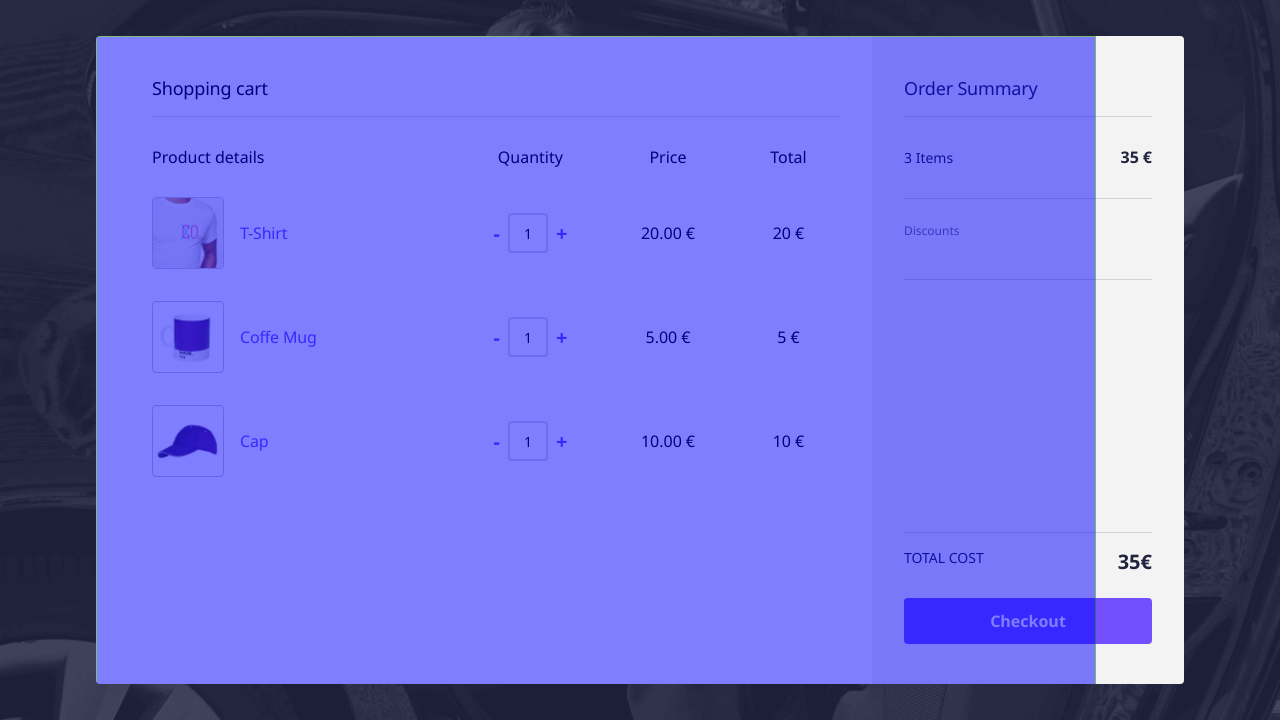
Repository: banchiec/challengecbfy
Page: /
An editor plug-in stored every save of this project. The page is shown before and after the next save, followed by the edit.
The browser window is 1280 px wide. The pictures show the whole page.
Some web fonts or font styles are not loaded; a fallback is used. The project was rebuilt for these pictures with package versions that can differ from the ones it lists, and the page was loaded fresh each time. Also part of the build but not shown: craco.config.js.

Above is the page before, as saved 2021-12-11 01:20:53.

### src/index.js
import './index.css';
import App from './App';
import Checkout from './helpers/checkout'
// here a service should be called to obtain the api data
import { products } from './data/data'

import discounts from './helpers/discounts';

const purchase = new Checkout(products, discounts)
purchase.init()
App(purchase)

### src/index.css
@tailwind base;
@tailwind components;
@tailwind utilities;

body {
  margin: 0;
  font-family: -apple-system, BlinkMacSystemFont, 'Segoe UI', 'Roboto', 'Oxygen',
    'Ubuntu', 'Cantarell', 'Fira Sans', 'Droid Sans', 'Helvetica Neue',
    sans-serif;
  -webkit-font-smoothing: antialiased;
  -moz-osx-font-smoothing: grayscale;
}

code {
  font-family: source-code-pro, Menlo, Monaco, Consolas, 'Courier New',
    monospace;
}

@font-face {
  font-family: 'Avenir';
  src:local('Avenir'), url(./assets/fonts/Avenir-Black.woff) format('woff');
}

### src/App.js
import { render } from 'react-dom';
import Main from './components/main/Main'
import './App.css';

function App(purchase) {
  render(<Main purchase={purchase} />, document.getElementById('root'))
}

export default App;

### src/helpers/checkout.js
export default class Checkout {
    constructor(price, discounts = []) {
        this.price = price.reduce((acc, good) => ({ ...acc, [good.code]: good }), {})
        this.discounts = discounts
        this.cartItems = []
    }
    init() {
        this.scan('TSHIRT')
        this.scan('MUG')
        this.scan('CAP')
    }
    scan(code, argument = 1) {
        const currentCartItem = this.cartItems.find((item) => item.code === code);
        if (currentCartItem) {
            switch (argument) {
                case 1:
                    currentCartItem.count += 1;
                    break;
                case -1:
                    currentCartItem.count -= 1;
                    if (currentCartItem.count === 0) {
                        this.cartItems = this.cartItems.filter((item) => item.code !== code);
                    }
                    break;
                default:
                    currentCartItem.count = argument;
                    break;
            }
            return this;
        }
        const currentPriceItem = this.price[code];
        // console.log(this.price)
        if (currentPriceItem) {
            switch (argument) {
                case 1:
                    this.cartItems.push({ ...currentPriceItem, count: 1 });
                    break;
                case -1:
                    break;
                default:
                    this.cartItems.push({ ...currentPriceItem, count: argument });
            }
            return this;
        }
        return new Error(`product with code ${code} has not been found`);


    }
    get actualDiscounts() {
        return this.discounts.reduce(
            (acc, discount) => {
                const res = discount.check(this.items);
                if (res) return [...acc, res];
                return acc;
            }, [],
        );
    }
    get items() {
        return this.cartItems
    }

    get totalDiscount() {
        return this.actualDiscounts.reduce((acc, { discountAmount }) => acc + discountAmount, 0);
    }
    cost(code) {
        const currentCartItem = this.cartItems.find((item) => item.code === code);
        if (currentCartItem) {
            return currentCartItem.count * currentCartItem.price;
        }
        return null;
    }

    preCalc() {
        return ({
            countItems: this.cartItems.reduce((acc, item) => acc + item.count, 0),
            summaryCost: this.cartItems.reduce((acc, item) => acc + (item.count * item.price), 0),
            actualDiscounts: this.actualDiscounts,
        });
    }

    // method total will return total cost as number
    total() {
        return this.cartItems.reduce(
            (acc, item) => acc + (item.count * item.price),
            0,
        ) - this.totalDiscount;
    }
}

### src/data/data.js
import shirt from '../assets/images/shirt.png'
import mug from '../assets/images/mug.png'
import cap from '../assets/images/cap.png'
export const products = [
    {
        id: '1',
        code: 'TSHIRT',
        name: 'T-Shirt',
        price: '20.00',
        image: shirt
    },
    {
        id: '3',
        code: 'MUG',
        name: 'Coffe Mug',
        price: '5.00',
        image: mug

    },
    {
        id: '4',
        code: 'CAP',
        name: 'Cap',
        price: '10.00',
        image: cap

    }
]

### src/helpers/discounts.js
const discounts = [
    {
        name: '2-for-1-Mug',
        check: (products) => {
            const currentProduct = products.find((product) => product.code === 'MUG')
            if (currentProduct && currentProduct.count > 1) {
                return ({
                    name: '2x1 Mug offer',
                    discountAmount: Math.trunc(currentProduct.count / 2) * currentProduct.price
                })
            }
            return null
        }
    },
    {
        name: 'bulk-discount-shirt',
        check: (products) => {
            const currentProduct = products.find((product) => product.code === 'TSHIRT')
            if (currentProduct && currentProduct.count >= 3) {
                return ({
                    name: 'x3-Shirt-offer',
                    discountAmount: (currentProduct.price / 100) * 5 * currentProduct.count
                })
            }
            return null
        }
    }
]

export default discounts

### src/components/main/Main.js
import { useState } from "react"
import OrderSummery from "../OrderSummery/OrderSummery"
import { ShoppingCart } from "../shoppingCart/ShoppingCart"

export default function Main(props) {
    const { purchase } = props
    const [items, setItems] = useState(purchase.items)

    const initStateSum = purchase.preCalc()
    const initTotalCost = purchase.total()

    const [summary, setSummary] = useState({
        ...initStateSum,
        totalCost: initTotalCost
    })

    const scan = (code) => (op) => (e) => {
        switch (op) {
            case 'dec':
                purchase.scan(code, -1);
                break;
            case 'set':
                purchase.scan(code, Number(e.target.value));
                console.log(e.target.value)
                break;
            case 'inc':
                purchase.scan(code, 1);
                break;
            default:
                // unknown operation
                break;
        }
        // set new cart items list for react
        setItems([...purchase.items]);
        const newSums = purchase.preCalc();
        const newTotalCost = purchase.total();
        setSummary({
            ...newSums,
            totalCost: newTotalCost,
        });

    }
    const cost = (code) => purchase.cost(code)

    return (
        <main className="App">
            <ShoppingCart items={items} scan={scan} cost={cost} />
            <OrderSummery summary={summary} />
        </main>
    )
}

### src/App.css
* {
  box-sizing: border-box;
  outline: none;
}

html,
body,
div,
span,
applet,
object,
iframe,
h1,
h2,
h3,
h4,
h5,
h6,
p,
blockquote,
pre,
a,
abbr,
acronym,
address,
big,
button,
cite,
code,
del,
dfn,
em,
img,
ins,
kbd,
q,
s,
samp,
small,
strike,
strong,
sub,
sup,
tt,
var,
b,
u,
i,
center,
dl,
dt,
dd,
ol,
ul,
li,
fieldset,
form,
label,
legend,
table,
caption,
tbody,
tfoot,
thead,
tr,
th,
td,
article,
aside,
canvas,
details,
embed,
figure,
figcaption,
footer,
header,
hgroup,
menu,
nav,
output,
ruby,
section,
summary,
time,
mark,
audio,
video {
  margin: 0;
  padding: 0;
  border: 0;
  vertical-align: baseline;
  font: 100%;
}

/* HTML5 display-role reset for older browsers */
article,
aside,
details,
figcaption,
figure,
footer,
header,
hgroup,
menu,
nav,
section {
  display: block;
}

body {
  -webkit-font-smoothing: antialiased;
  -moz-osx-font-smoothing: grayscale;
  line-height: 1;
}

ol,
ul {
  list-style: none;
}

blockquote,
q {
  quotes: none;
}

a {
  cursor: pointer;
}

blockquote:before,
blockquote:after,
q:before,
q:after {
  content: none;
}

table {
  border-spacing: 0;
  border-collapse: collapse;
}

a {
  text-decoration: none;
}

input:not([type="checkbox"]):not([type="radio"]),
textarea {
  appearance: none;
}

input[type="number"]::-webkit-outer-spin-button,
input[type="number"]::-webkit-inner-spin-button {
  margin: 0;
  appearance: none;
}

input[type="number"] {
  appearance: textfield;
}

input::-ms-clear {
  display: none;
}

select::-ms-expand {
  display: none;
}

textarea {
  overflow: auto;
  vertical-align: top;
}

input::placeholder {
  opacity: 1;
}

h1.main {
  padding-bottom: 16px;
  border-bottom: 1px solid rgba(33, 34, 64, 0.16);
}

.wrapper.border,
.wrapper-half.border {
  border-bottom: 1px solid rgba(33, 34, 64, 0.16);
}

h2,
.products-list li.products-list-title {
  color: #a6a7b3;
  letter-spacing: 1px;
  font-size: 10px;
  line-height: 16px;
}

h2,
.product-code {
  font-size: 12px;
  line-height: 16px;
}

.product-quantity,
.summary input,
.summary ul li,
.summary-total-cost {
  font-size: 14px;
  line-height: 17px;
}

.product h1 {
  font-size: 16px;
  line-height: 24px;
}

.products button.count,
.summary-total-price {
  font-size: 20px;
  line-height: 25px;
}

h2 {
  color: #717285;
  letter-spacing: 0;
  font-weight: 300;
}

h2 + * {
  margin-top: 16px;
}

body {
  margin: 0;
  padding: 0;
  height: 100vh;
  background-image: url("./assets/images/background.png");
  background-color: #212240;
  background-position: top left;
  background-size: cover;
  font-family: Avenir, "Avenir Next", "Segoe UI", sans-serif;
  font-weight: regular;
}

.App {
  position: fixed;
  top: 50%;
  left: 50%;
  display: flex;
  overflow-x: hidden;
  overflow-y: auto;
  max-width: 1088px;
  max-height: 648px;
  width: calc(100% - 64px);
  height: calc(100% - 64px);
  border-radius: 4px;
  background-color: #ffffff;
  transform: translate(-50%, -50%);
}

h1 {
  position: relative;
  letter-spacing: -0.18px;
  font-size: 18px;
  line-height: 24px;
}

.wrapper {
  padding: 32px 0;
}

.wrapper-half {
  padding: 24px 0;
}

.tableHead {
  padding: 32px 0;
}

.row {
  position: relative;
  display: flex;
  flex-flow: row nowrap;
  justify-content: space-between;
}

.row + .row {
  margin-top: 32px;
}

[class*="col-"] {
  display: flex;
  align-items: center;
}

[class*="col-"]:nth-child(n + 2) {
  justify-content: center;
}

.col-product {
  width: 45%;
}

.col-quantity {
  width: 20%;
}

.col-price {
  width: 20%;
}

.col-total {
  width: 15%;
}

input {
  width: 100%;
  height: 48px;
  border-radius: 4px;
}

.currency {
  margin-left: 4px;
}

.products {
  padding: 40px 32px 40px 56px;
}

.products button.count {
  padding: 0 8px;
  height: 40px;
  border: none;
  background: transparent;
  color: #7350ff;
  font-weight: bold;
  cursor: pointer;
}

.products {
  flex: 1;
}

.products-list {
  position: relative;
  width: 100%;
}

.product-image {
  display: flex;
  align-items: center;
  flex-flow: row nowrap;
}

.product-image img {
  margin-right: 16px;
  width: 72px;
  height: 72px;
  border: 1px solid #cacad1;
  border-radius: 4px;
}

.product-code {
  border-radius: 4px;
  color: #a6a7b3;
  letter-spacing: 0.13px;
  font-weight: 400;
}

.product-quantity {
  width: 40px;
  height: 40px;
  border: 2px solid #dbdbe0;
  border-radius: 4px;
  text-align: center;
}

.product-price {
  color: #000000;
  font-size: 16px;
}

.product .clear {
  border: none;
  background: transparent;
}

.product .clear span {
  position: relative;
  display: block;
  width: 16px;
  height: 16px;
}

.product .clear span:before,
.product .clear span:after {
  content: "";
  position: absolute;
  top: 8px;
  left: 2px;
  display: block;
  width: 12px;
  height: 2px;
  border-radius: 8px;
  background-color: #a6a7b3;
  transform: rotate(-45deg);
  transform-origin: center center;
}

.product .clear span:before {
  transform: rotate(45deg);
}

.product h1 {
  color: #7350ff;
}

.summary {
  display: flex;
  flex-flow: column wrap;
  padding: 40px 32px;
  width: 312px;
  background-color: #f3f3f3;
  color: #212240;
}

.summary > * {
  width: 100%;
}

.summary-items-price {
  font-size: 16px;
  font-weight: bold;
}

.summary input {
  margin: 8px auto;
  color: #a6a7b3;
  text-indent: 16px;
  text-transform: uppercase;
}

.summary input::placeholder {
  color: #a6a7b3;
  text-transform: lowercase;
}

.summary ul li {
  display: flex;
  justify-content: space-between;
}

.summary ul li > *:nth-child(2) {
  font-weight: bold;
}

.summary ul li + li {
  margin-top: 20px;
}

.summary-total {
  align-self: flex-end;
  margin-top: auto;
  padding-top: 16px;
  padding-bottom: 0;
  border-top: 1px solid rgba(33, 34, 64, 0.16);
  color: #212240;
}

.summary-total-cost {
  flex-basis: 100%;
  text-transform: uppercase;
}

.summary-total-price {
  font-weight: bold;
}

.summary button[type="submit"] {
  margin-top: 24px;
  padding-top: 16px;
  padding-bottom: 16px;
  width: 100%;
  border-radius: 4px;
  background: #7350ff;
  color: #ffffff;
  font-size: 16px;
  font-weight: bold;
  line-height: 14px;
  cursor: pointer;
}

/* MODAL */
.modal {
  position: absolute ;
  width: 1000px;
  height: 680px;
  z-index: 1;
  background-color: blue;
  opacity: .5;
  /* left: 176px; */
  /* top: 126px; */
  border: 1px solid green;
}
.content {
  position: absolute;
  width: 248px;
  height: 358px;
  left: 984px;
  top: 270px;
}
.background {
  position: absolute;
  width: 1440px;
  height: 904px;
  left: 0px;
  top: -2px;
}

### src/components/OrderSummery/OrderSummery.js
import React from 'react';
import { uniqueId } from 'lodash';

function OrderSummery(props) {
    const {
        summary: {
            countItems, summaryCost, actualDiscounts, totalCost,
        },
    } = props;
    return (
        <aside className="summary">
            <h1 className="main">Order Summary</h1>
            <ul className="summary-items wrapper border">
                <li>
                    <span className="summary-items-number">
                        {countItems || 0}
                        {' '}
                        Items
                    </span>
                    <span className="summary-items-price">
                        {summaryCost || 0}
                        <span className="currency">
                            €
                        </span>
                    </span>
                </li>
            </ul>
            <div className="summary-discounts wrapper-half border">
                <h2>Discounts</h2>
                {actualDiscounts && (
                    <ul>
                        {actualDiscounts.map((disc) => (
                            <li key={uniqueId()}>
                                <span>{disc.name}</span>
                                <span>
                                    -
                                    {disc.discountAmount}
                                    {' '}
                                    €
                                </span>
                            </li>
                        ))}
                    </ul>
                )}
            </div>
            <div className="summary-total wrapper">
                <ul>
                    <li>
                        <span className="summary-total-cost">
                            Total cost
                        </span>
                        <span className="summary-total-price">
                            {totalCost || 0}
                            €
                        </span>
                    </li>
                </ul>
                <button type="submit">Checkout</button>
            </div>
        </aside>
    );
}

export default OrderSummery;

### src/components/shoppingCart/ShoppingCart.js
import { uniqueId } from 'lodash'
import { CartString } from '../CartString/CartString'

export const ShoppingCart = (props) => {
    // console.log(props)
    const { items, scan, cost } = props


    const setDetails = (e) => {
        console.log(e)

    }

    return (
        <>
            <div className="modal">
            </div>
            <section className="products">
                <h1 className="main">Shopping cart</h1>
                <ul className="product-list tableHead">
                    <li className="products-list-title row">
                        <div className="col-product">Product details</div>
                        <div className="col-quantity">Quantity</div>
                        <div className="col-price">Price</div>
                        <div className="col-total">Total</div>
                    </li>
                </ul>
                <ul className="products-list">
                    {items.map((item) => (
                        <CartString
                            content={item}
                            scan={scan(item.code)}
                            cost={cost(item.code)}
                            key={uniqueId()}
                            onClick={setDetails}
                        />
                    ))}
                </ul>
            </section>
        </>
    )
}

### src/components/CartString/CartString.js
import { useState } from 'react'
// import DetailsModal from "../DetailsModal/DetailsModal"

export const CartString = (props) => {
    const [show, setShow] = useState(false)
    const {
        content: {
            productCode,
            name,
            count,
            image,
            price
        },
        scan,
        cost,
    } = props

    const setDetails = (e) => {
        console.log(productCode)
        console.log(name)
        console.log(count)
        console.log(image)
    }

    return (
        <>
            {/* <div className="modal">
                <div className="content"></div>
            </div> */}
            <li className="product row" onClick={setDetails}>
                <div className="col-product">
                    <figure className="product-image">
                        <img src={image} alt={image} />
                        <div className="product-description">
                            <h1 className="product-description-details">{name}</h1>
                            <p className="product-code">{productCode}</p>
                        </div>
                    </figure>
                </div>
                <div className="col-quantity">
                    <button type="button" className="count" onClick={scan('dec')}>
                        -
                    </button>
                    <input type="text" className="product-quantity" value={count} onChange={scan('set')} />
                    <button type="button" className="count" onClick={scan('inc')}>
                        +
                    </button>
                </div>
                <div className="col-price">
                    <span className="product-price">
                        {price}
                    </span>
                    <span className="product-currency currency">€</span>
                </div>
                <div className="col-total">
                    <span className="product-price">{cost}</span>
                    <span className="product-currency currency">€</span>
                </div>
            </li>
        </>
    )
}

Loaded but not shown: public/index.html (common file); tailwind.config.js (common file)

After the next save:
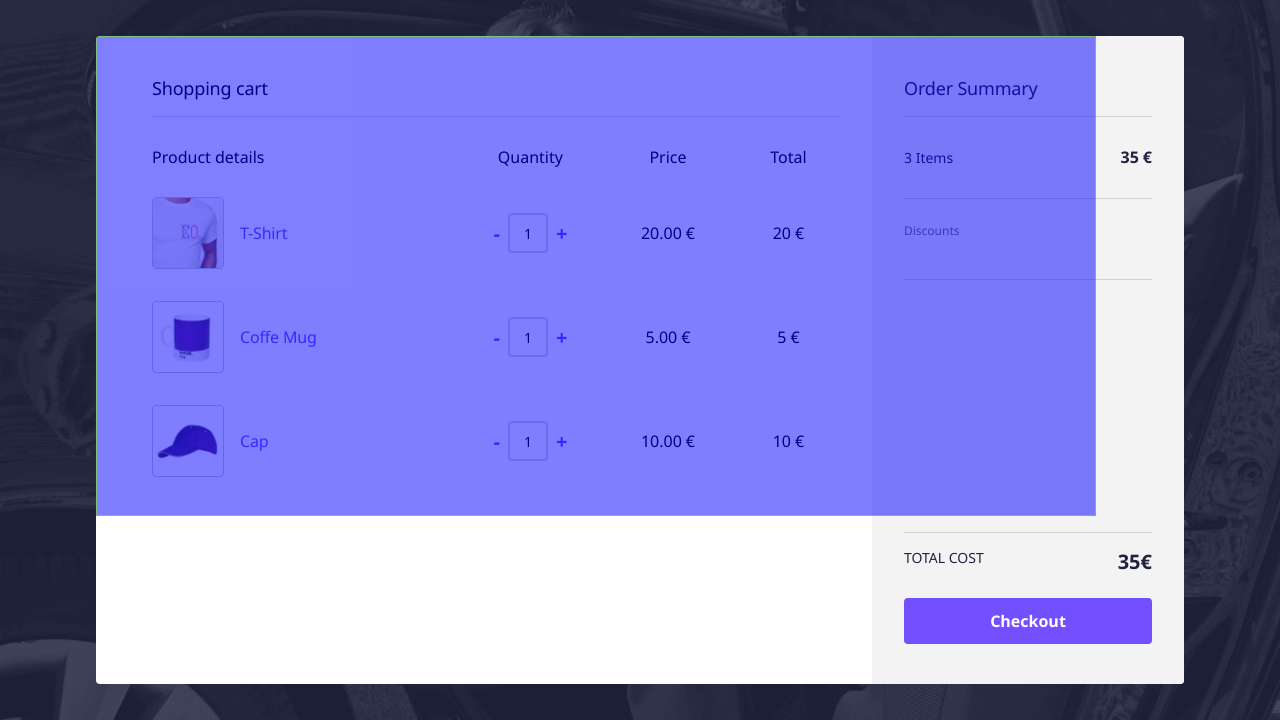
Saved 7 s later.
--- a/src/App.css
+++ b/src/App.css
@@ -492,7 +492,7 @@ input {
 .modal {
   position: absolute ;
   width: 1000px;
-  height: 680px;
+  height: 480px;
   z-index: 1;
   background-color: blue;
   opacity: .5;
